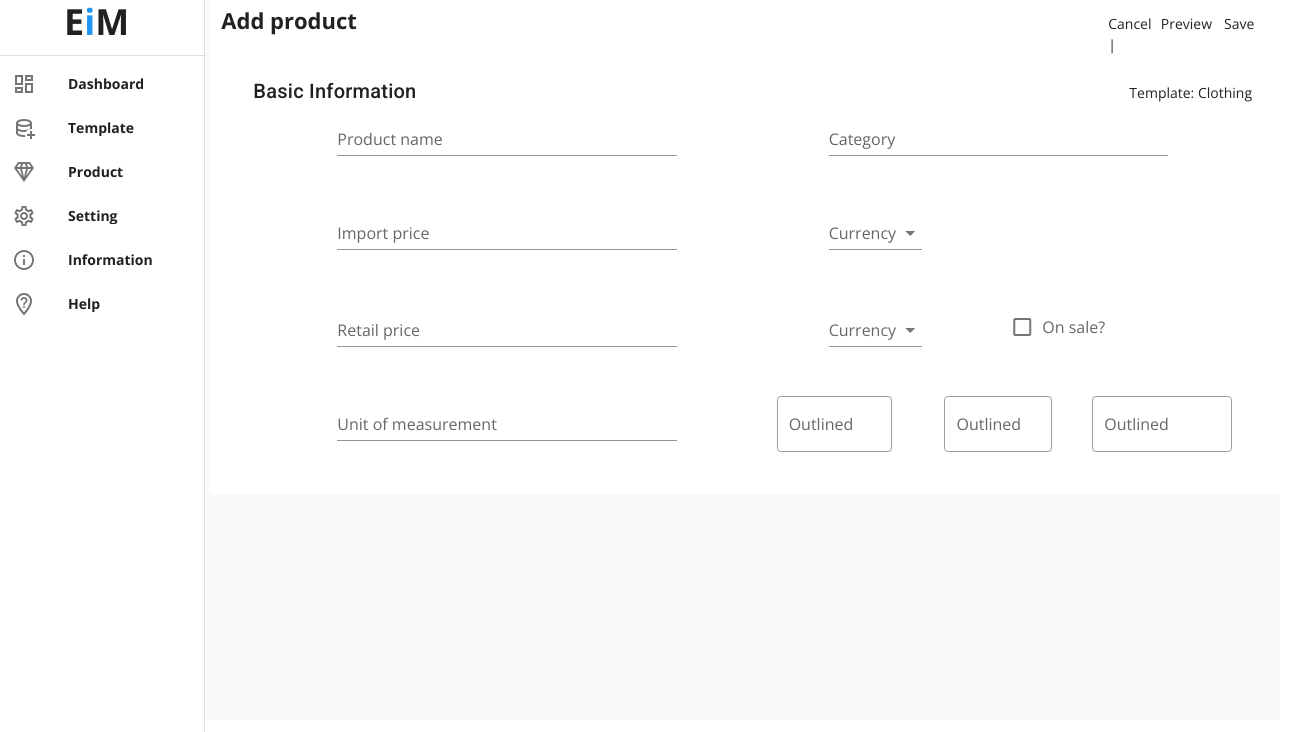
Repository: nguyenphuong152/pim-template
Page: /addproduct
The author's editor kept a copy of each file at every save. The page is drawn from the files as they stood at one save, then again after the next save.
The browser window is 1280 px wide. The page is 1308 px wide, so the pictures cover 1308 px, including what lies to the right of the window. The pictures show the whole page.
The project was rebuilt for these pictures with package versions that can differ from the ones it lists, and the page was loaded fresh each time. Also part of the build but not shown: vue.config.js, src/views/Home.vue, src/components/Outcome_1/SearchTemplate.vue, src/components/Outcome_1/YourTemplate.vue, src/components/Outcome_1/ListComponent.vue, src/components/Outcome_1/AddInfo.vue, src/components/Outcome_1/AddDetail.vue, src/components/Outcome_1/CreateRegion.vue and 5 more.

Above is the page before, as saved 2020-12-21 11:37:42.

After the next save:
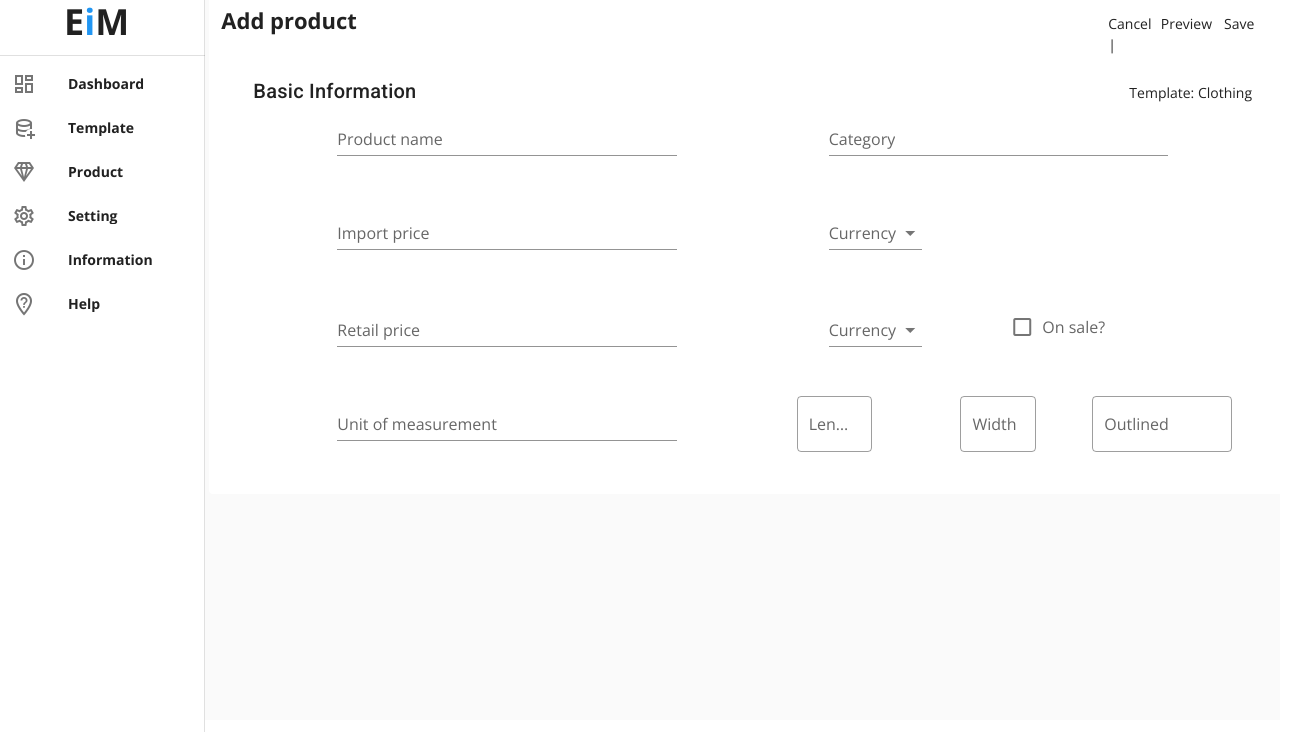
Saved 61 s later.
--- a/src/components/Outcome_2/BasicInfo.vue
+++ b/src/components/Outcome_2/BasicInfo.vue
@@ -81,19 +81,19 @@
           <v-col>
             <v-row>
               <v-col>
-                <v-container class="py-0 px8">
+                <v-container class="py-0 px-8">
                   <v-text-field
-                    label="Outlined"
-                    placeholder="Placeholder"
+                    label="Length"
+                    placeholder="100cm"
                     outlined
                   ></v-text-field>
                 </v-container>
               </v-col>
               <v-col>
-                <v-container class="py-0 px-4">
+                <v-container class="py-0 px-8">
                   <v-text-field
-                    label="Outlined"
-                    placeholder="Placeholder"
+                    label="Width"
+                    placeholder="50cm"
                     outlined
                   ></v-text-field>
                 </v-container>
